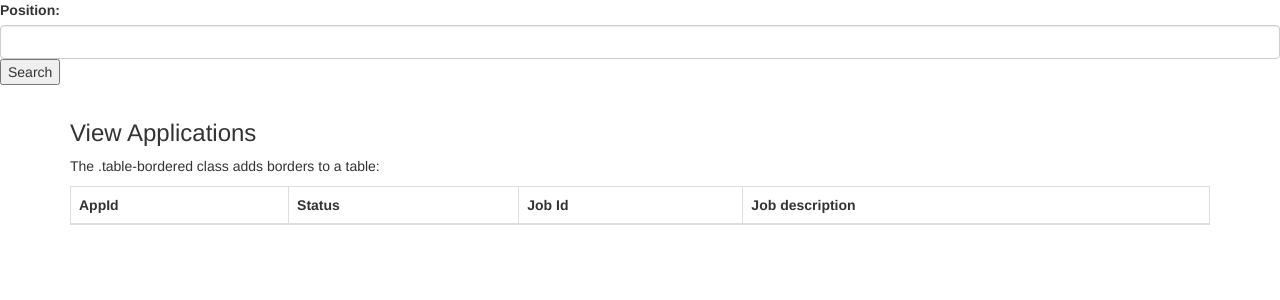
Repository: sanjukthas/NumberUtility
Page: http://localhost/HDZjobs/viewapplications.jsp
An editor plug-in stored every save of this project. The page is shown before and after the next save, followed by the edit.
The browser window is 1280 px wide. The pictures show the whole page.
The page is served by Tomcat 9. Other server files are loaded and not shown.

Above is the page before, as saved 2016-07-26 18:53:54.

### HDZjobs/WebContent/viewapplications.jsp
<%@ page language="java" contentType="text/html; charset=UTF-8"
    pageEncoding="UTF-8"%>
    <%@ taglib uri="http://java.sun.com/jsp/jstl/core" prefix="c"%>
<%@ taglib prefix="fmt" uri="http://java.sun.com/jsp/jstl/fmt"%>
<!DOCTYPE html PUBLIC "-//W3C//DTD HTML 4.01 Transitional//EN" "http://www.w3.org/TR/html4/loose.dtd">
<html>
<head>

  <meta charset="utf-8">
  <meta name="viewport" content="width=device-width, initial-scale=1">
  <link rel="stylesheet" href="http://maxcdn.bootstrapcdn.com/bootstrap/3.3.6/css/bootstrap.min.css">
  <script src="https://ajax.googleapis.com/ajax/libs/jquery/1.12.4/jquery.min.js"></script>
  <script src="http://maxcdn.bootstrapcdn.com/bootstrap/3.3.6/js/bootstrap.min.js"></script>
<meta http-equiv="Content-Type" content="text/html; charset=UTF-8">
<title>View Applications</title>
</head>
<body>

<form action="ViewApplications"  method="post">
							<div class="form-group">
								<label for="typeAssgn">Position:</label> <input type="text"
									name="position" id="position" value=""
									class="form-control">
							<input type="submit" name="submit" id="submit" value="Search">
							</div>
							<div class="container">
  <h3>View Applications</h3>
  <p>The .table-bordered class adds borders to a table:</p>
  <table class="table table-bordered">





							<thead>
							<tr>
							<th>AppId</th>
							<th>Status</th>
							<th>Job Id</th>
							<th>Job description</th>
							</tr>
							</thead>
							<c:forEach var="app" items="${app}">
							<tr>
							<td><c:out value="${app.applicationid}"></c:out> </td>
							<td><c:out value="${app.appstatus}"></c:out> </td>
							<td><c:out value="${app.hdzJob.jobsid}"></c:out> </td>
							<td><c:out value="${app.hdzJob.description}"></c:out> </td>
							</c:forEach>
							</table>


							</form>

</body>
</html>

After the next save:
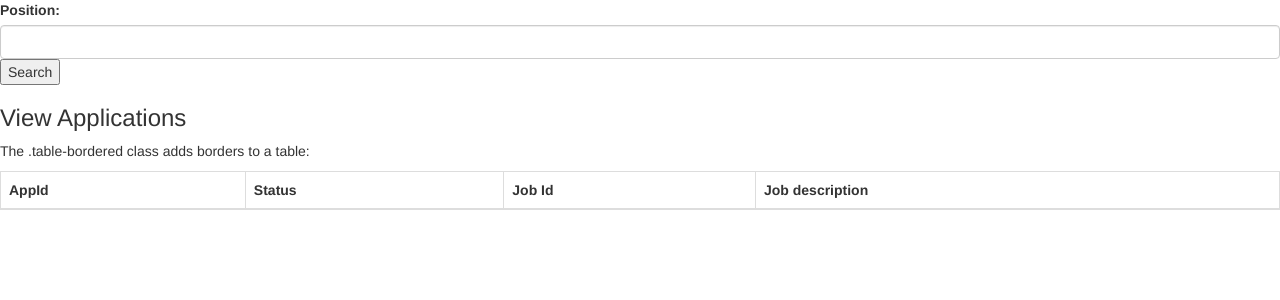
Saved 48 s later.
--- a/HDZjobs/WebContent/viewapplications.jsp
+++ b/HDZjobs/WebContent/viewapplications.jsp
@@ -23,16 +23,12 @@
 									class="form-control">
 							<input type="submit" name="submit" id="submit" value="Search">
 							</div>
-							<div class="container">
+
   <h3>View Applications</h3>
   <p>The .table-bordered class adds borders to a table:</p>
   <table class="table table-bordered">
 
-
-
-
-
-							<thead>
+						<thead>
 							<tr>
 							<th>AppId</th>
 							<th>Status</th>
